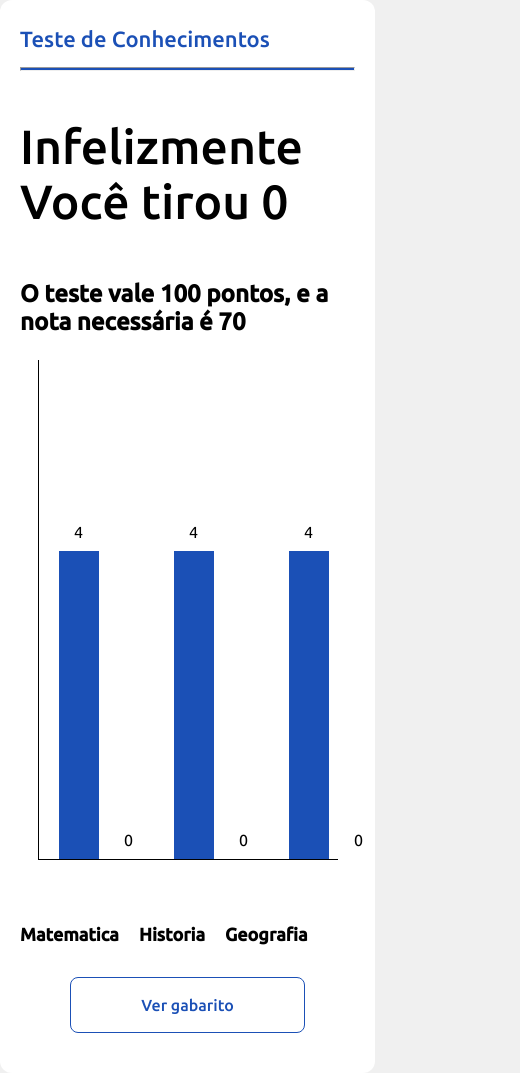
Repository: Delei09/desafioPerguntas
Page: /resultado (app in frontend/)
An editor plug-in stored every save of this project. The page is shown before and after the next save, followed by the edit.
The browser window is 375 px wide. The page is 520 px wide, so the pictures cover 520 px, including what lies to the right of the window. The pictures show the whole page.
The project was rebuilt for these pictures with package versions that can differ from the ones it lists, and the page was loaded fresh each time. A package was used in the major version that the imports need, not the one package.json lists. Also part of the build but not shown: frontend/src/styles/home.scss, frontend/src/page/Home.tsx, frontend/src/styles/gabarito.scss, frontend/src/page/Gabarito.tsx.

Above is the page before, as saved 2021-08-19 16:45:35.

After the next save:
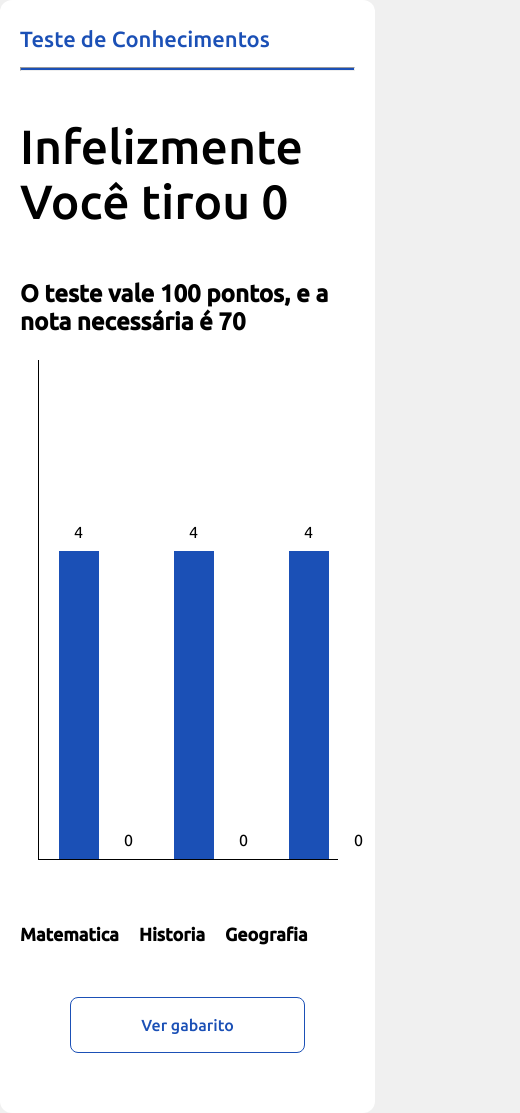
Saved 6 s later.
--- a/frontend/src/styles/resultado.scss
+++ b/frontend/src/styles/resultado.scss
@@ -121,7 +121,7 @@ text-align: left;
     text-align: center;
   }
   .linkResultado{
-     margin : 20px auto;
+     margin : 40px auto;
 
   }
 }
